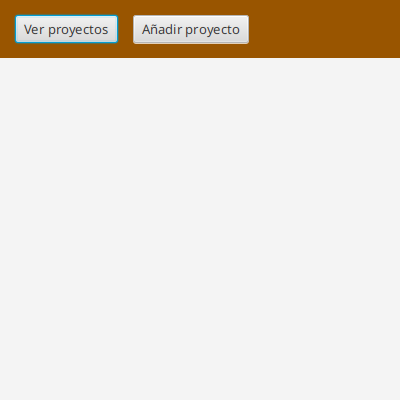
Repository: anxoportela/PROG
Program's window: java Java_Interfaz/ProyectoJavaFX/src/com/acarballeira/javaFX/ejemplo8/App.java
These files come from the project's save history. The program's window is drawn as it stood at one moment and after the next save; the edit follows.
It runs on Java 21 on a 1366 x 768 screen with JavaFX 11; the title bar is not drawn.

Above is the program's window before, as saved 2020-03-04 21:08:14.

### Java_Interfaz/ProyectoJavaFX/src/com/acarballeira/javaFX/ejemplo8/App.java
package com.acarballeira.javaFX.ejemplo8;

import javafx.application.Application;
import javafx.geometry.Insets;
import javafx.geometry.Pos;
import javafx.scene.Scene;
import javafx.scene.control.Button;
import javafx.scene.control.Label;
import javafx.scene.layout.BorderPane;
import javafx.scene.layout.HBox;
import javafx.scene.layout.Pane;
import javafx.scene.layout.VBox;
import javafx.scene.paint.Color;
import javafx.stage.Stage;

public class App extends Application {
	@Override
	 public void start(Stage primaryStage) {

	 primaryStage.setTitle("Ola Mundo!!!");

	 BorderPane bp = new BorderPane();
	 HBox hbox =  (HBox) crearHbox();
	 //VBox vbox = crearVbox();

	 bp.setTop(hbox);

	 Scene primaryScene = new Scene(bp,400,400,Color.AQUA);
	 primaryStage.setScene(primaryScene);
	 primaryStage.show();

	 }

	private Pane crearHbox() {
		HBox hbox = new HBox();
		Button btn1 = new Button("Ver proyectos");
		Button btn2 = new Button("Añadir proyecto");
		hbox.setPadding(new Insets(15, 15, 15, 15));
		hbox.setSpacing(15);
		hbox.setStyle("-fx-background-color: #995500");
		hbox.getChildren().addAll(btn1,btn2);
		return hbox;
	}

	private Pane crearVbox() {
		VBox vbox = new VBox();
		return vbox;
	}

	public static void main(String[] args) {
		Application.launch();
	}
}

After the next save:
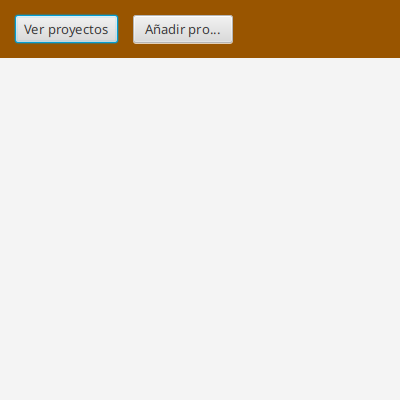
Saved 95 s later.
--- a/Java_Interfaz/ProyectoJavaFX/src/com/acarballeira/javaFX/ejemplo8/App.java
+++ b/Java_Interfaz/ProyectoJavaFX/src/com/acarballeira/javaFX/ejemplo8/App.java
@@ -38,6 +38,7 @@
 		hbox.setPadding(new Insets(15, 15, 15, 15));
 		hbox.setSpacing(15);
 		hbox.setStyle("-fx-background-color: #995500");
+		btn2.setPrefSize(100, 25);
 		hbox.getChildren().addAll(btn1,btn2);
 		return hbox;
 	}
